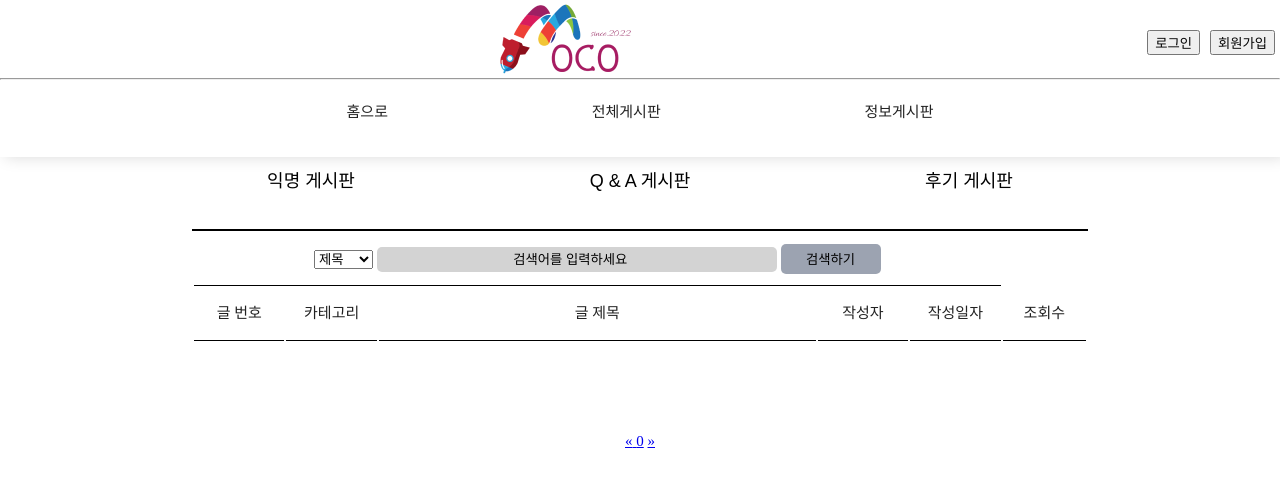
Repository: Pmyjava/mocosemi
Page: http://localhost/moco_SemiProject/WEB-INF/views/board/boardListQNA.jsp
These files come from the project's save history. The page is drawn as it stood at one moment and after the next save; the edit follows.
The browser window is 1280 px wide. The pictures show the whole page.
The page is served by Tomcat 9. Nobody is signed in. The template is opened directly, without the code that normally fills it, so the values that code supplies are empty.

Above is the page before, as saved 2022-11-23 02:11:18.
Console error: SyntaxError: Unexpected token ';'

After the next save:
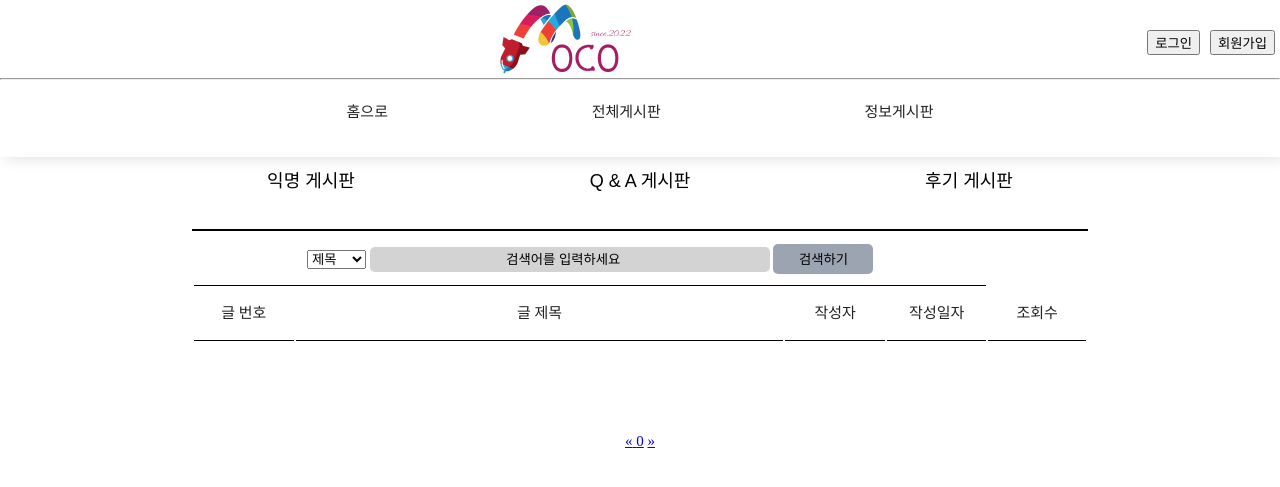
Saved 97 s later.
--- a/Semi_project2/moco_SemiProject/src/main/webapp/WEB-INF/views/board/boardListQNA.jsp
+++ b/Semi_project2/moco_SemiProject/src/main/webapp/WEB-INF/views/board/boardListQNA.jsp
@@ -128,7 +128,7 @@
         <br>
         <table class="table" id="BoardListT">
             <tr style="height: 50px;">
-                <td colspan="5">
+                <td colspan="4">
                 	<select>
                 		<option value="title">제목</option>
                 		<option value="contect">내용</option>
@@ -140,7 +140,6 @@
             </tr>
             <tr>
                 <td>글 번호</td>
-               	<td>카테고리</td>
                 <td style="width: 500px;">글 제목</td>
                 <td>작성자</td>
                 <td>작성일자</td>
